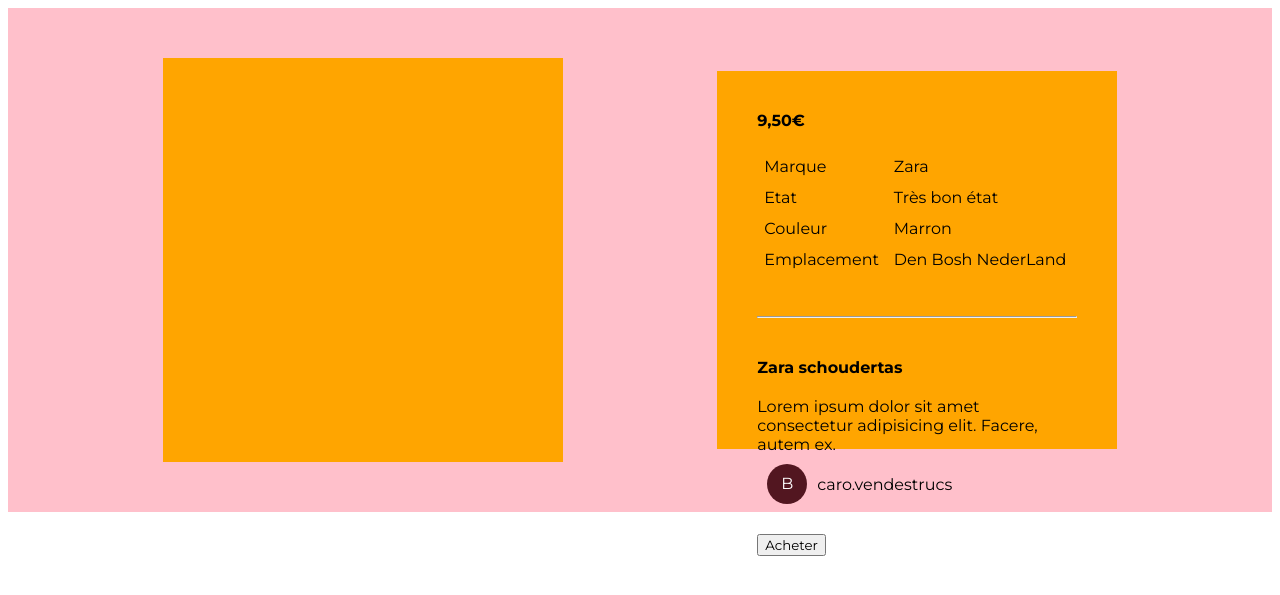
Repository: mel-in-a/vinted-front-clone
Page: html/offer.html
These files come from the project's save history. The page is drawn as it stood at one moment and after a run of saves; the edit follows.
The browser window is 1280 px wide. The pictures show the whole page.

Above is the page before, as saved 2021-07-29 16:53:08.

After the next 2 saves:
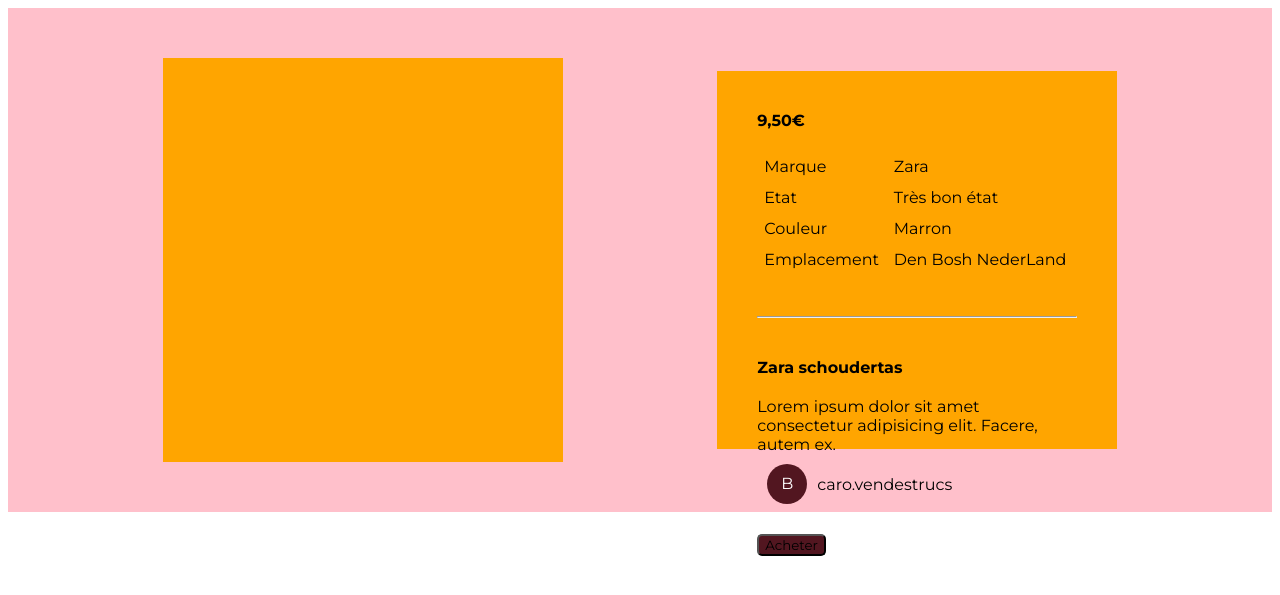
The 2 saves are shown as one change because they came seconds apart.
The last was saved 8 s later.
--- a/html/offer.css
+++ b/html/offer.css
@@ -68,5 +68,6 @@
 
 .offer .btn-buy {
     margin-top: 20px;
-    border-radius:
+    border-radius:5px;
+    background-color: rgb(82, 22, 32);
 }
